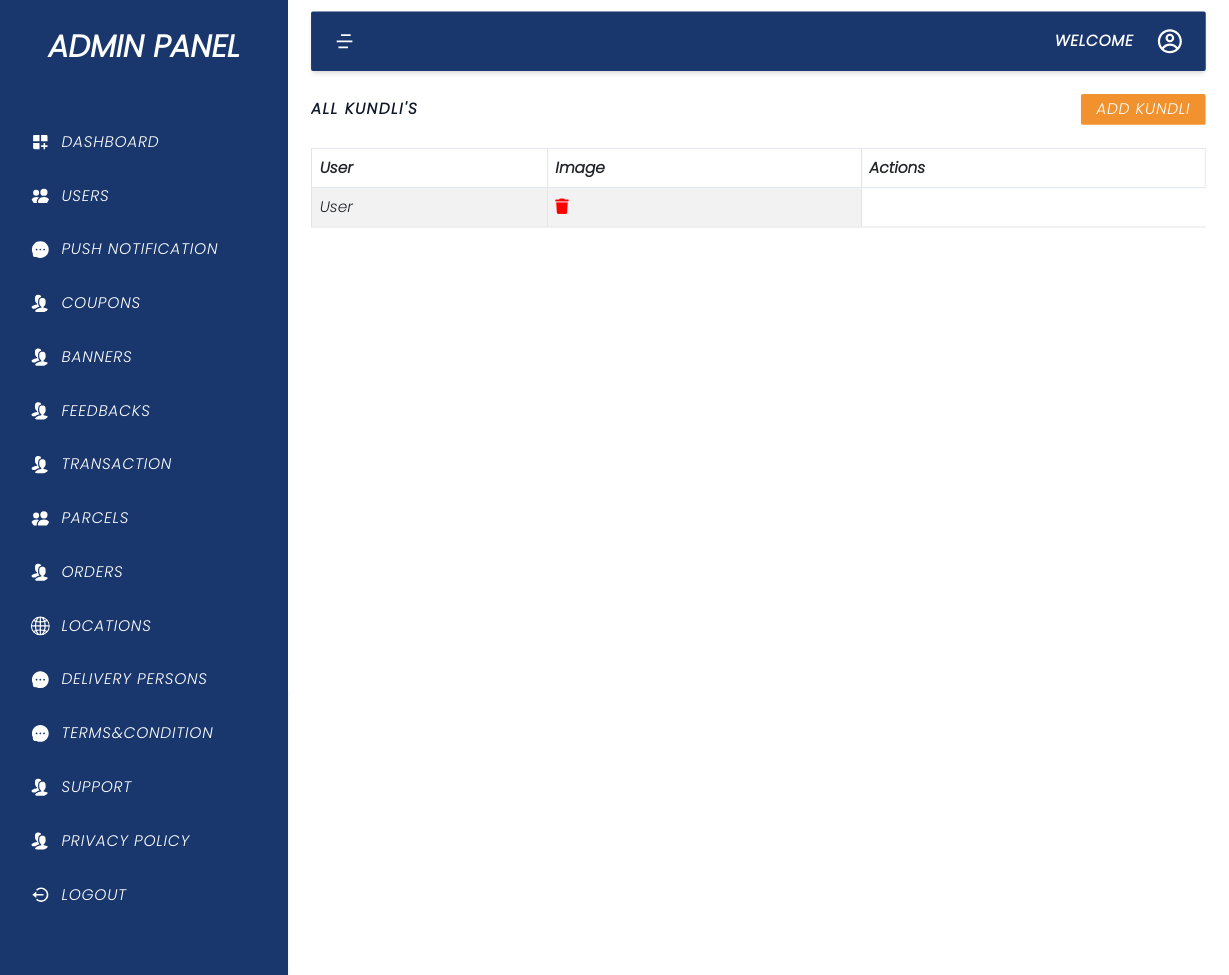
Repository: FlyweisReact/sarita
Page: /kundli
The author's editor kept a copy of each file at every save. The page is drawn from the files as they stood at one save, then again after the next save.
The browser window is 1280 px wide. The pictures show the whole page, at 96% of full size.
Some web libraries are served in a nearby version. The project was rebuilt for these pictures with package versions that can differ from the ones it lists, and the page was loaded fresh each time. Also part of the build but not shown: src/vendorPanel/forms/VendorLogin.jsx, src/vendorPanel/pages/AdminDiscount.js, src/vendorPanel/pages/AdminReview.js, src/vendorPanel/pages/Astrologers.js, src/vendorPanel/pages/Banners.js, src/vendorPanel/pages/Booking.js, src/vendorPanel/pages/Horoscope.js, src/vendorPanel/pages/Message.js and 8 more.

Above is the page before, as saved 2023-04-19 13:07:55.

After the next save:
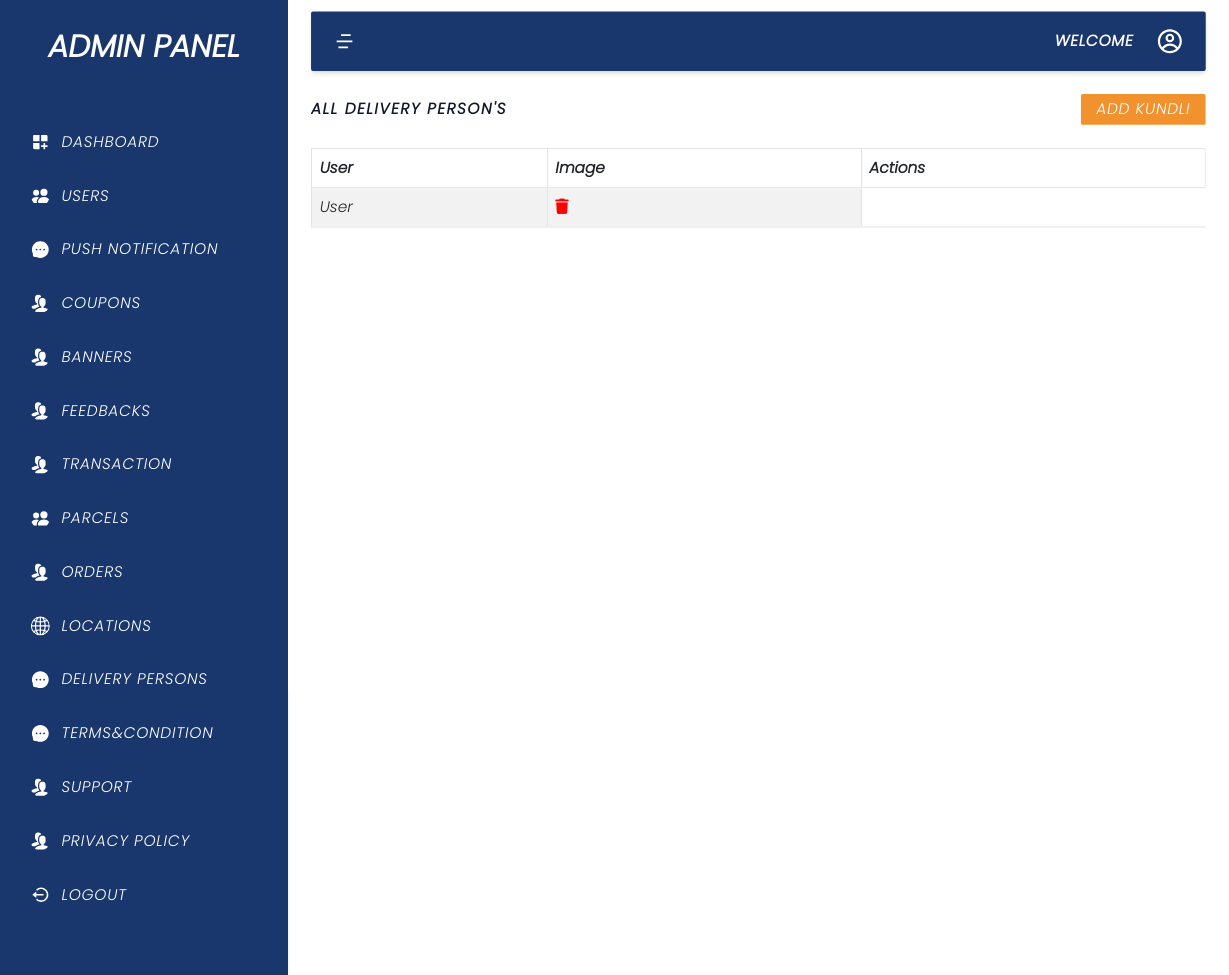
Saved 11 s later.
--- a/src/vendorPanel/pages/Kundli.js
+++ b/src/vendorPanel/pages/Kundli.js
@@ -75,7 +75,7 @@
       <section>
         <div className="pb-4 sticky top-0  w-full flex justify-between items-center bg-white">
           <span className="tracking-widest text-slate-900 font-semibold uppercase ">
-            All Kundli's
+            All Delivery Person's
           </span>
           <button
             onClick={() => {
